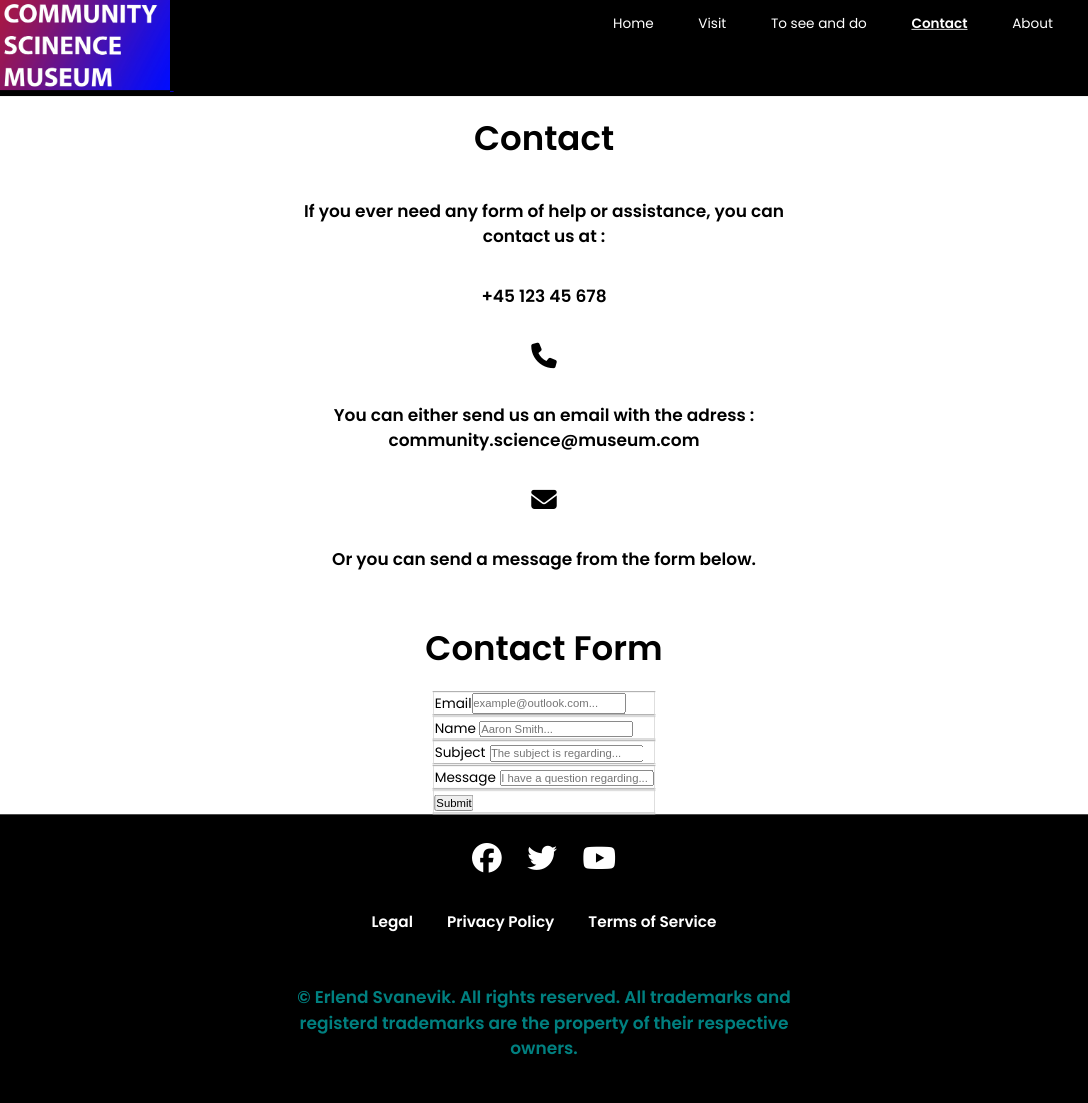
Repository: EpleWasTaken/Semester-Project
Page: contact.html
An editor plug-in stored every save of this project. The page is shown before and after the next save, followed by the edit.
The browser window is 1280 px wide. The pictures show the whole page, at 85% of full size.
Some web libraries are served in a nearby version.

Above is the page before, as saved 2020-12-11 22:07:54.

### contact.html
<!DOCTYPE html>
<html lang="en">
<head>
    <meta charset="UTF-8">
    <meta name="viewport" content="width=device-width, initial-scale=1.0">
    <meta name="keywords" content="museum, science museum, community museum">
    <meta name="author" content="Erlend Molvik Svanevik">
    <title>CMS Contact</title>

    <link rel="preconnect" href="https://fonts.gstatic.com">
    <link href="https://fonts.googleapis.com/css2?family=Poppins:ital,wght@0,100;0,200;0,300;0,400;0,500;0,600;1,100;1,200;1,300;1,400;1,500;1,600&display=swap" rel="stylesheet">
    <link rel="stylesheet" href="./css/styles.css">
    <link rel="stylesheet" href="./css/footer.css">
    <link rel="stylesheet" href="/css/hamburger.css">
    <script src="https://kit.fontawesome.com/cafca22d75.js" crossorigin="anonymous"></script>
</head>


<!--NAVIGAION, LOGO AND SEARCH BAR-->


<body>
    <header>
        <a href="index.html" aria-label="Go to frontpage">
            <img src="/Images/CommunityScienceMuseum.jpg" class="logo" alt="Community Science Museum logo">
        </a>
        <label class="hamburger-label" for="hamburger-menu" aria-label="Hamburger menu for navigation"><i class="fas fa-bars fa-2x"></i></label>
        <input type="checkbox" id="hamburger-menu">
        <nav>
            <ul class="nav">
                <li><a href="index.html" aria-label="Go to home page">Home</a></li>
                <li><a href="visit.html" aria-label="Go to the visit page">Visit</a></li>
                <li><a href="to-see-and-do.html" aria-label="Go to: To see and do">To see and do</a></li>
                <li><a href="contact.html" aria-label="Go to the contact page" class="active">Contact</a></li>
                <li><a href="about.html" aria-label="Go to the about page">About</a></li>
            </ul>
        </nav>
    </header>


<!---->

<main>
    <div class="contact-page">
        <div class="contact-items">
            <h2>Contact</h2>
            <p>If you ever need any form of help or assistance, you can contact us at :</p>
        </div>
        <div>
            <p>+45 123 45 678</p>
            <a href="#0" class="phone"><a class="fas fa-phone"></a>
        </div>
        <div>
            <p>You can either send us an email with the adress : community.science@museum.com</p>
            <a href="#0" class="mail"><a class="fas fa-envelope"></a>
            <p>Or you can send a message from the form below.</p>
        </div>
    </div>
    <div>
        <section class="contact-container">
            <section class="contact-form">
                <h2>Contact Form</h2>
                <form action="submit.php" method="GET">
                    <fieldset class="email">
                        <label for="email">Email</label>
                        <input type="email" name="email" placeholder="example@outlook.com...">
                    </fieldset>
                    <fieldset class="name">
                        <label for="name">Name</label>
                        <input type="text" name="name" placeholder="Aaron Smith...">
                    </fieldset>
                    <fieldset class="subject">
                        <label for="subject">Subject</label>
                        <input type="subject" name="subject" placeholder="The subject is regarding...">
                    </fieldset>
                    <fieldset class="message">
                        <label for="message">Message</label>
                        <input type="text" name="message" placeholder="I have a question regarding...">
                    </fieldset>
                    <fieldset class="submit">
                        <button class="btn-submit">Submit</button>
                    </fieldset>
                </form>
            </section>
        </section>
    </div>
</main>





    <footer class="footer">
        <div class="footer-container">
            <ul class="footer-social">
                <li>
                    <a href="#0" class="facebook"><i class="fab fa-facebook"></i></a>
                </li>
                <li>
                    <a href="#0" class="twitter"><i class="fab fa-twitter"></i></a>
                </li>
                <li>
                    <a href="#0" class="youtube"><i class="fab fa-youtube"></i></a>
                </li>
            </ul>
        </div>
        <div class="footer-container">
            <div class="footer-legal">
                <a href="#0">Legal</a>
                <a href="#0">Privacy Policy</a>
                <a href="#0">Terms of Service</a>
            </div>
            <div class="footer-copyright">
                <p>&copy; Erlend Svanevik. All rights reserved. All trademarks and registerd trademarks are the property of
                   their respective owners.</p>
            </div>
        </div>
    </footer>
</body>
</html>

### css/styles.css
* {
	margin: 0px;
	padding: 0px;
	box-sizing: border-box;
}

body {
	font-family: 'poppins', sans-serif;
	background: white;
}

nav {
	background-color: black;
}

header {
	background: black;
	min-height: ;
}

.logo {
	max-width: 100px;
}

a.fas.fa-phone,
a.fas.fa-envelope {
	display: flex;
	justify-content: center;
	align-items: center;
	font-size: 30px;
}

.contact-form {
	display: flex;
	flex-direction: column;
	justify-content: center;
	align-items: center;
	margin: auto;
}

.email {
	display: flex;
}

/* NAVIGATION/HAMBURGER MENU/CLICKEBLE
-------------------------------------------*/

/*PICTURES
-----------------------------------------------*/

.homepic,
.space,
.mammoth,
.people,
.science,
.ant {
	width: auto;
	max-width: 100%;
	height: auto;
	margin-bottom: 3vh;
}

/*TEXT/FONT/TEXT ALIGNMENY
--------------------------------------------------*/

h1 {
	display: flex;
	align-items: center;
	justify-content: center;
	margin-left: auto;
	margin-right: auto;
	font-weight: 600;
	font-size: 30px;
	margin: 40px;
	text-align: center;
}

h2 {
	display: flex;
	align-items: center;
	justify-content: center;
	margin-left: auto;
	margin-right: auto;
	font-weight: 600;
	font-size: 25px;
	margin: 40px;
	text-align: center;
}

h3 {
	display: flex;
	align-items: center;
	justify-content: center;
	font-weight: 600;
	font-size: 20px;
	margin: 40px;
	text-align: center;
}

p {
	display: flex;
	align-items: center;
	justify-content: center;
	font-weight: 600;
	font-size: 15px;
	margin: 40px;
	max-width: 70%;
	margin-left: auto;
	margin-right: auto;
	text-align: center;
}

.open-hours p {
	margin: 20px;
	margin-left: auto;
	margin-right: auto;
	align-items: center;
	justify-content: center;
	text-align: center;
}

.contact-container {
	display: flex;
	flex-direction: row;
	align-items: center;
}

.mail {
	display: flex;
	justify-content: center;
	align-items: center;
}

/* GRID Container */
.visit {
	display: flexbox;
	flex-direction: column;
}

@media screen and (min-width: 1024px) {
	body {
		font-family: 'poppins', sans-serif;
		font-weight: 400;
	}

	.logo {
		max-width: 200px;
	}

	.homepic {
		display: flex;
		flex-direction: column;
		justify-content: center;
		align-items: center;
		max-width: 1664px;
		margin-left: auto;
		margin-right: auto;
	}

	h1,
	h2,
	h3,
	p {
		display: flex;
		align-items: center;
		justify-content: center;
	}

	h1 {
		font-size: 60px;
		margin: 40px;
	}

	h2 {
		font-size: 40px;
		margin: 20px;
	}

	h3 {
		font-size: 30px;
		margin: 15px;
	}

	p {
		font-size: 20px;
		margin: 40px;
		max-width: 50%;
		margin-left: auto;
		margin-right: auto;
	}

	.space,
	.mammoth,
	.people,
	.science,
	.ant {
		display: flex;
		left: 0;
		right: 0;
		max-width: 800px;
		justify-content: center;
		align-items: center;
		margin: auto;
		padding: 4vh;
	}
}

### css/footer.css
/* FOOTER */

* {
	padding: 0;
	margin: 0;
	box-sizing: border-box;
}

footer {
	display: flex;
	flex-direction: column;
	justify-content: center;
	align-items: center;
	background-color: black;
	font-family: 'Poppins', sans-serif;
	font-weight: 600;
	padding: 10px;
}

.footer-container {
	display: flex;
	flex-direction: column;
	justify-content: center;
	align-items: center;
}

.footer-social {
	font-size: 35px;
}

.footer-social li a {
	color: white;
}

.footer-legal {
	display: flex;
	flex-direction: column;
	text-decoration: none;
	align-items: center;
	justify-content: center;
	font-size: 20px;
}

.footer-legal a {
	display: flex;
	text-decoration: none;
	flex-direction: row;
	padding: 15px;
}

.footer-social li a.facebook:hover {
	color: #3b5998;
}

.footer-social li a.twitter:hover {
	color: #00acee;
}

.footer-social li a.youtube:hover {
	color: #c4302b;
}

.footer-legal a {
	color: white;
}

.footer-legal a:hover {
	color: #008080;
}

.footer-copyright {
	display: flex;
	flex-direction: column;
	text-decoration: none;
	justify-content: center;
	align-items: center;
	text-align: center;
	font-size: 14px;
	color: #008080;
}

ul {
	list-style: none;
}

@media screen and (min-width: 1024px) {
	.footer-legal {
		display: flex;
		flex-direction: row;
		justify-content: center;
		align-items: center;
		font-size: 18px;
	}

	.footer-legal a {
		display: flex;
		flex-direction: row;
		justify-content: center;
		align-items: center;
		padding: 20px;
	}

	.footer-social {
		display: flex;
		flex-direction: row;
		justify-content: center;
		align-items: center;
		text-decoration: none;
	}

	.footer-container {
		text-decoration: none;
	}

	.footer-social li {
		display: flex;
		flex-direction: row;
		text-decoration: none;
		margin: 15px;
	}
}

### css/hamburger.css
* {
	margin: 0px;
	padding: 0px;
	box-sizing: border-box;
}

nav,
#hamburger-menu {
	display: none;
	z-index: 1;
}

nav ul {
	padding: 0px;
}

nav li {
	display: block;
}

nav a {
	text-decoration: none;
	color: white;
	display: block;
	justify-content: center;
	align-items: center;
}

.nav {
	display: block;
	position: absolute;
	justify-content: space-between;
	padding: 15px;
	right: 0;
	top: 5;
	height: 100%;
	width: 100%;
	background-color: blue;
	text-align: center;
}

.hamburger-label {
	color: #fff;
	padding: 10px;
	font: 1.5em;
	display: block;
	position: absolute;
	right: 0;
	top: 0px;
}

.active {
	font-weight: 600;
	text-decoration: underline;
}

#hamburger-menu:checked ~ nav {
	display: flex;
}

@media screen and (min-width: 1024px) {
	nav {
		display: inline-block;
	}

	.active {
		font-weight: 600;
		text-decoration: underline;
	}

	.hamburger-label {
		display: none;
	}

	nav ul {
		padding: 0px;
		color: #fff;
		font: 1.5em;
		display: flex;
		position: absolute;
		right: 0;
		top: 0px;
		min-width: 600px;
		align-items: center;
		padding: 44px;
	}

	nav li {
		display: block;
	}

	nav a {
		text-decoration: none;
		color: white;
		display: block;
	}

	.nav {
		display: flex;
		justify-content: space-around;
		text-decoration: none;
		background-color: black;
		height: auto;
		width: auto;
	}
}

After the next save:
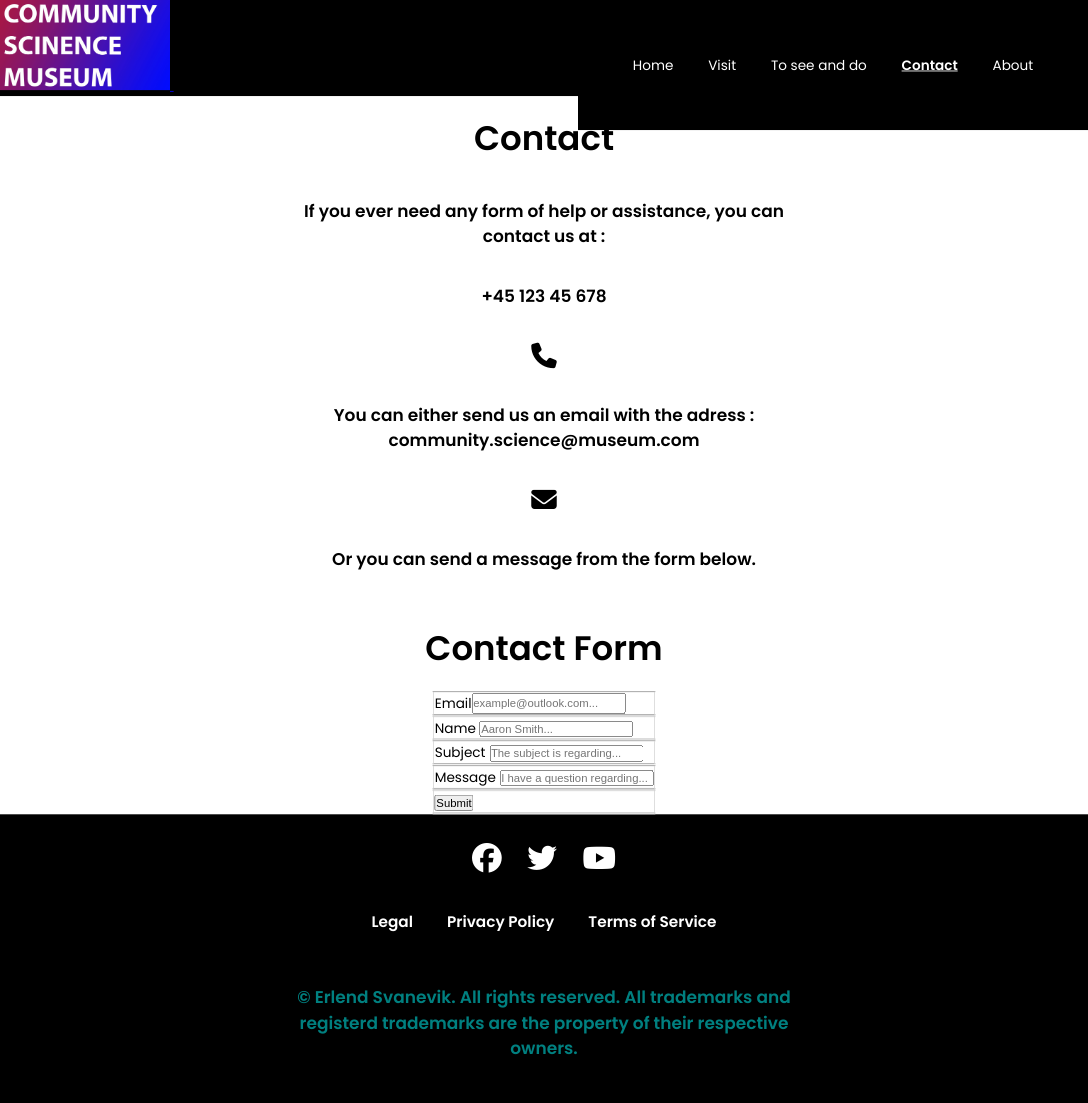
Saved 34 s later.
--- a/css/hamburger.css
+++ b/css/hamburger.css
@@ -24,13 +24,14 @@ nav a {
 	display: block;
 	justify-content: center;
 	align-items: center;
+	margin: 20px;
 }
 
 .nav {
 	display: block;
 	position: absolute;
 	justify-content: space-between;
-	padding: 15px;
+	padding: ;
 	right: 0;
 	top: 5;
 	height: 100%;
